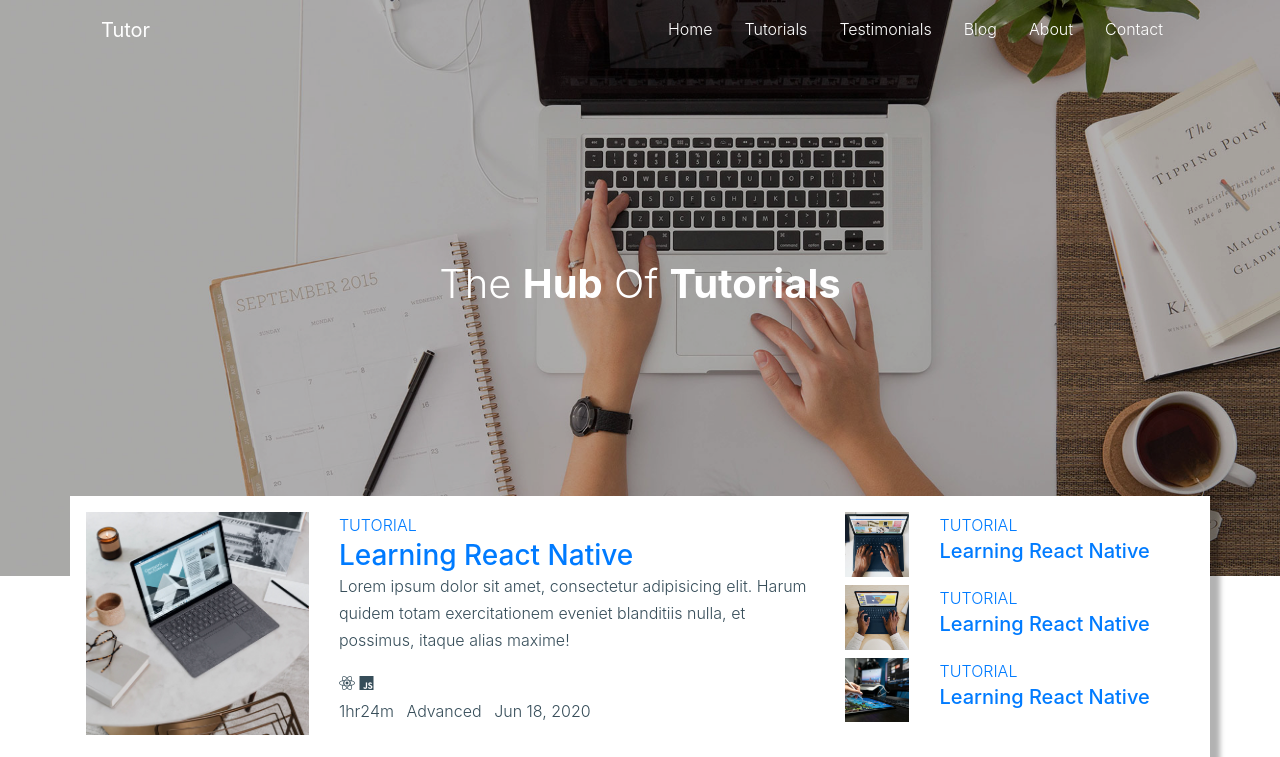
Repository: longvh2003/Tutor
Page: Views/home.html
An editor plug-in stored every save of this project. The page is shown before and after the next save, followed by the edit.
The browser window is 1280 px wide. The pictures show the whole page.
Some web libraries are served in a nearby version.

Above is the page before, as saved 2020-08-12 16:55:44.

After the next save:
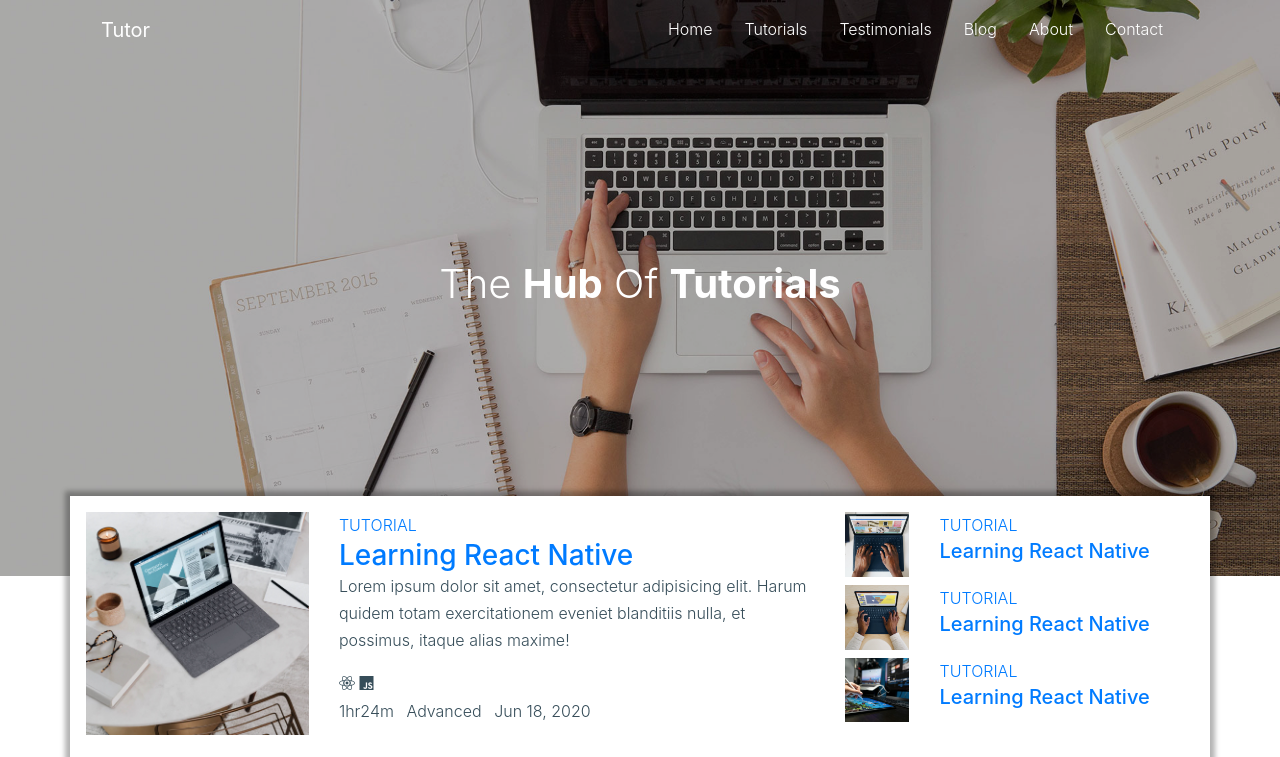
Saved 5 min 14 s later.
--- a/Css/home.css
+++ b/Css/home.css
@@ -4,7 +4,7 @@
     z-index: 9999;
     margin-top: -5rem;
     background-color: white;
-    box-shadow: 10px 10px 5px rgba(0, 0, 0, 0.3);
+    box-shadow: 0 0 5px 5px rgba(0, 0, 0, 0.3);
 }
 .img-latest-content{
     width: 100%;
